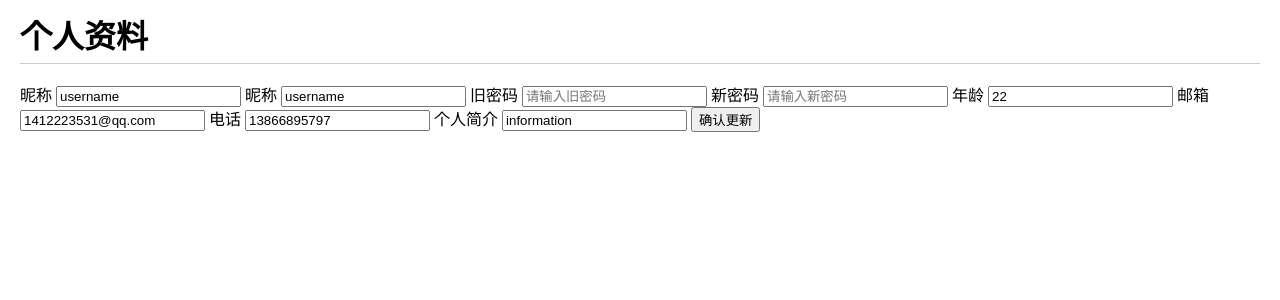
Repository: pine-chen/blog
Page: nodeJS-blog/html-test/information.html
The author's editor kept a copy of each file at every save. The page is drawn from the files as they stood at one save, then again after the next save.
The browser window is 1280 px wide. The pictures show the whole page.

Above is the page before, as saved 2019-12-30 19:42:22.

### nodeJS-blog/html-test/information.html
<!DOCTYPE html>
<html>
<head>
    <meta charset="UTF-8">
    <meta name="viewport" content="width=device-width, initial-scale=1.0">
    <meta http-equiv="X-UA-Compatible" content="ie=edge">
    <title>个人资料</title>
    <style type="text/css">
        body {
            margin: 0 20px;
            line-height: 1;
        }
    </style>
</head>
<body>
    <h1 style="border-bottom: 1px solid #ccc; padding-bottom: 10px;">个人资料</h1>

    <div>
        <label>
            昵称 <input type="text" id="textNickname" value="username"/>
        </label>
        <label>
            昵称 <input type="text" id="textNickname" value="username"/>
        </label>
        <label>
            旧密码 <input type="password" id="textOldPassword" placeholder="请输入旧密码"/>
        </label>
        <label>
            新密码 <input type="password" id="textNewPassword" placeholder="请输入新密码"/>
        </label>
        <label>
            年龄 <input type="number" id="textAge" value="22" />
        </label>
        <label>
            邮箱 <input type="email" id="textEmail" value="1412223531@qq.com" />
        </label>
        <label>
            电话 <input type="tel" id="textTel" value="13866895797" />
        </label>
        <label>
            个人简介 <input type="text" id="textInformation" value="information"/>
        </label>
        <button id="btnUpdate">确认更新</button>
    </div>



    <script src="https://cdn.bootcss.com/jquery/3.3.1/jquery.js"></script>
    <script>
       //数取数据到value处
        // 发送 post 请求
        function post(url, data = {}) {
            return $.ajax({
                type: 'post',
                url,
                data: JSON.stringify(data),
                contentType: "application/json",
            })
        }

        $('#btnUpdate').click(() => {
            const nickname = $('#textNickname').val()
            const oldPassword = $('#textOldPassword').val()
            const newPassword = $('#textNewPassword').val()
            const age = $('#textAge').val()
            const email = $('#textEmail').val()
            const telephone = $('#textTel').val()
            const information = $('#textInformation').val()
            const url = '/api/user/info'
            const data = {
                nickname,
                oldPassword,
                newPassword,
                age,
                email,
                telephone,
                information
            }
            post(url, data).then(res => {
                if (res.errno === 1) {
                    //更新成功
                    location.href = './information.html'
                } else {
                    // 更新失败
                    alert(res.message)
                }
            })
        })
    </script>
</body>
</html>

After the next save:
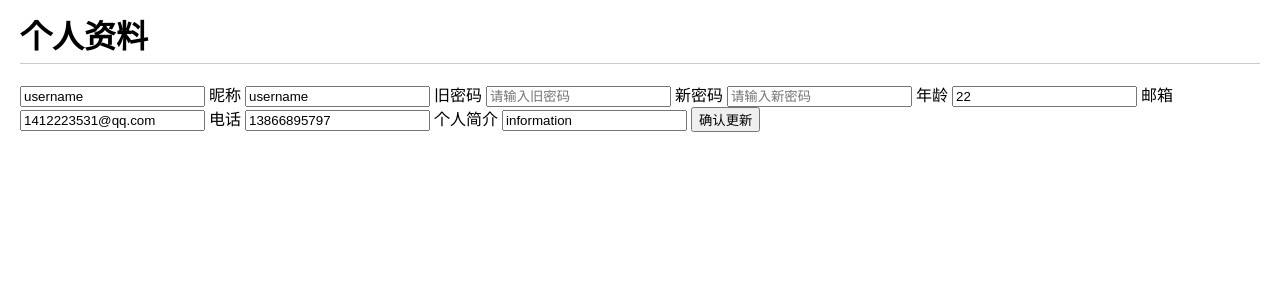
Saved 6 s later.
--- a/nodeJS-blog/html-test/information.html
+++ b/nodeJS-blog/html-test/information.html
@@ -17,7 +17,7 @@
 
     <div>
         <label>
-            昵称 <input type="text" id="textNickname" value="username"/>
+             <input type="text" id="textNickname" value="username"/>
         </label>
         <label>
             昵称 <input type="text" id="textNickname" value="username"/>
